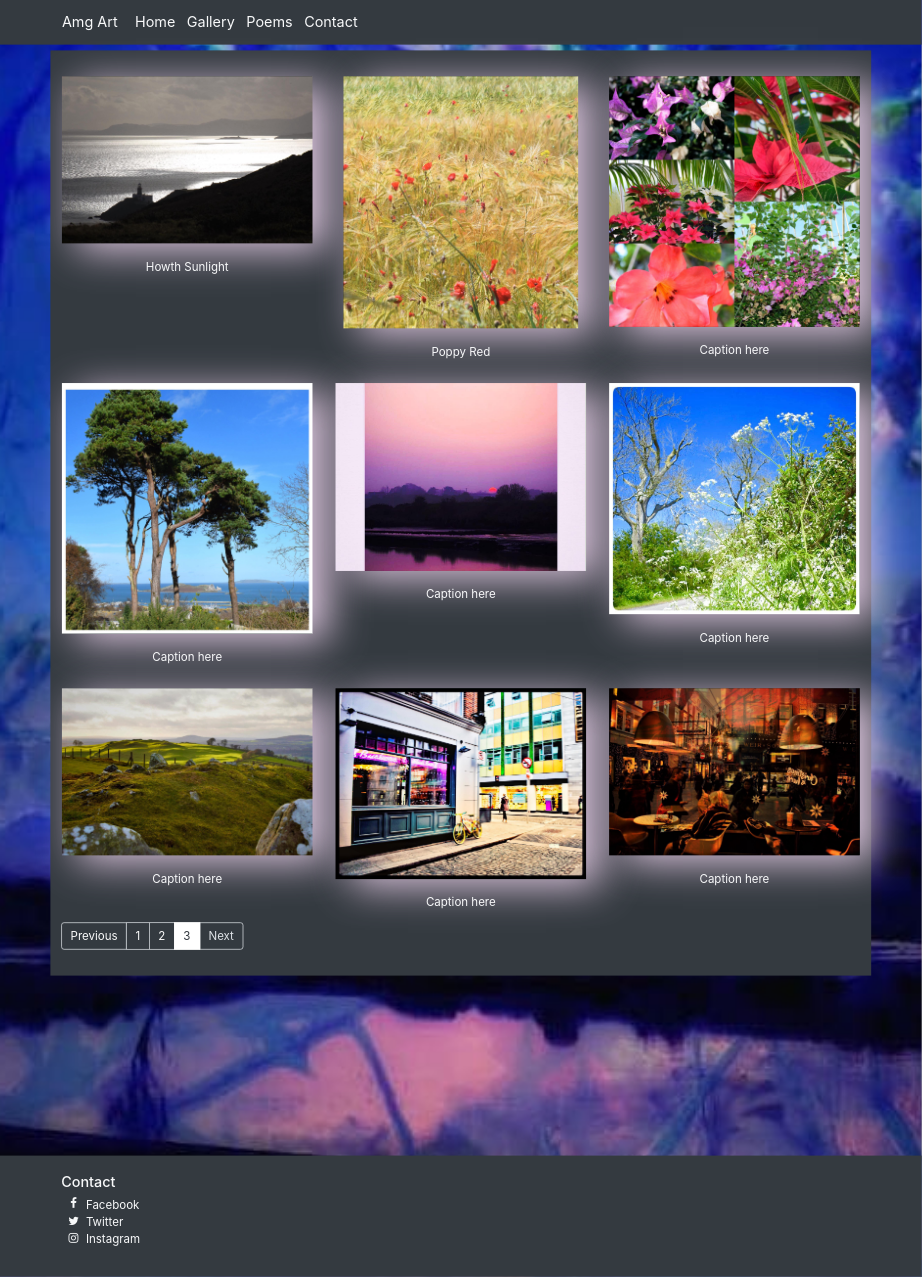
Repository: AllenGleeson/AmgArtGallery
Page: gallery3.html
The author's editor kept a record of every edit. The page is drawn from the files as they stood at one moment, then again after the next edit.
The browser window is 1280 px wide. The pictures show the whole page, at 72% of full size.

Above is the page before.

After the next edit:
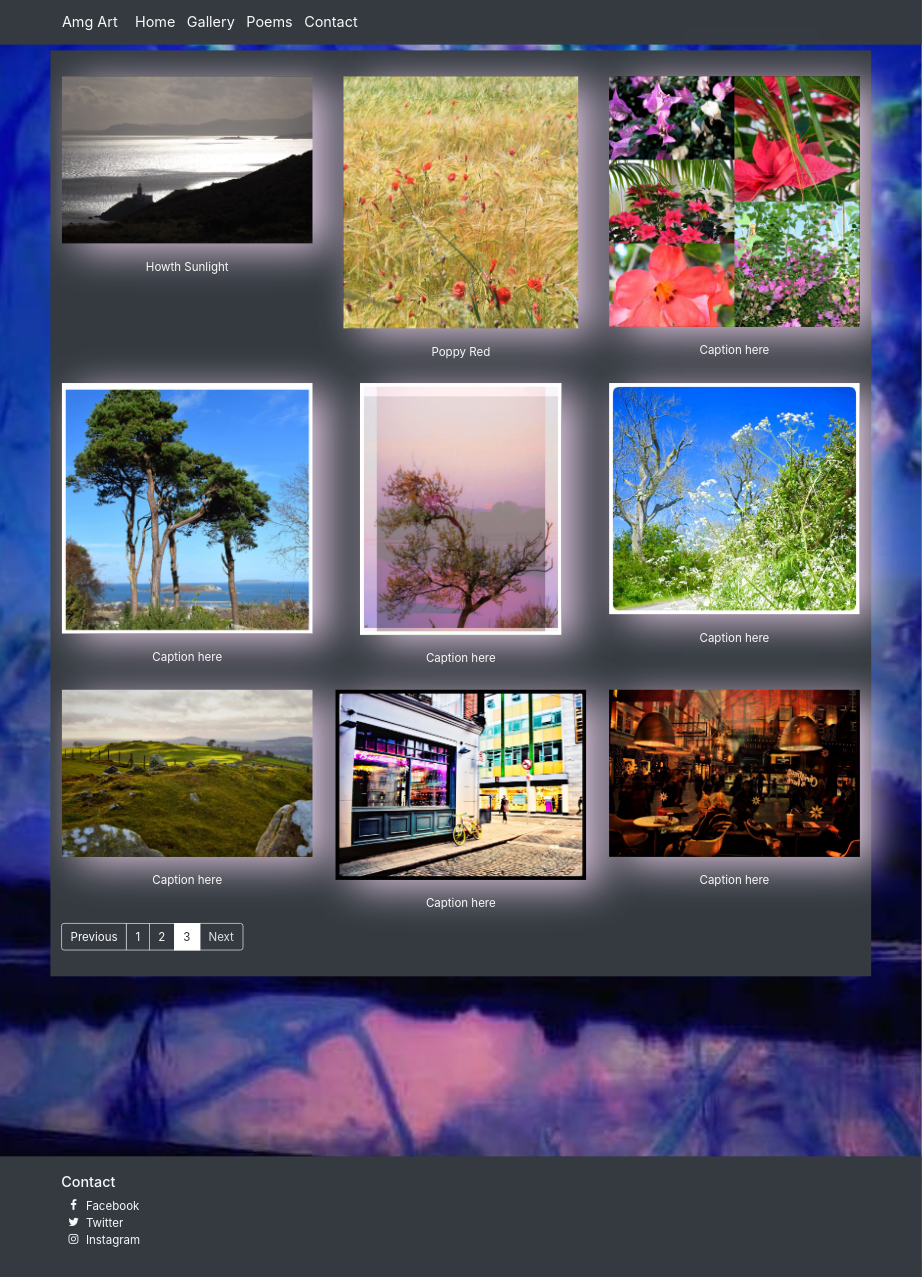
The edit:
--- a/gallery3.html
+++ b/gallery3.html
@@ -48,7 +48,7 @@
                 <div class="text-center text-light">Caption here</div>
             </div>
             <div class="col-sm-4 p-3 text-center" data-toggle="modal" data-target="#image-05">
-                <img src="assets/images/sunsetmeath.jpg" class="galleryImage"></img>
+                <img src="assets/images/plumblossum.jpg" class="galleryImage"></img>
                 <div class="text-center text-light">Caption here</div>
             </div>
             <div class="col-sm-4 p-3 text-center" data-toggle="modal" data-target="#image-06">
